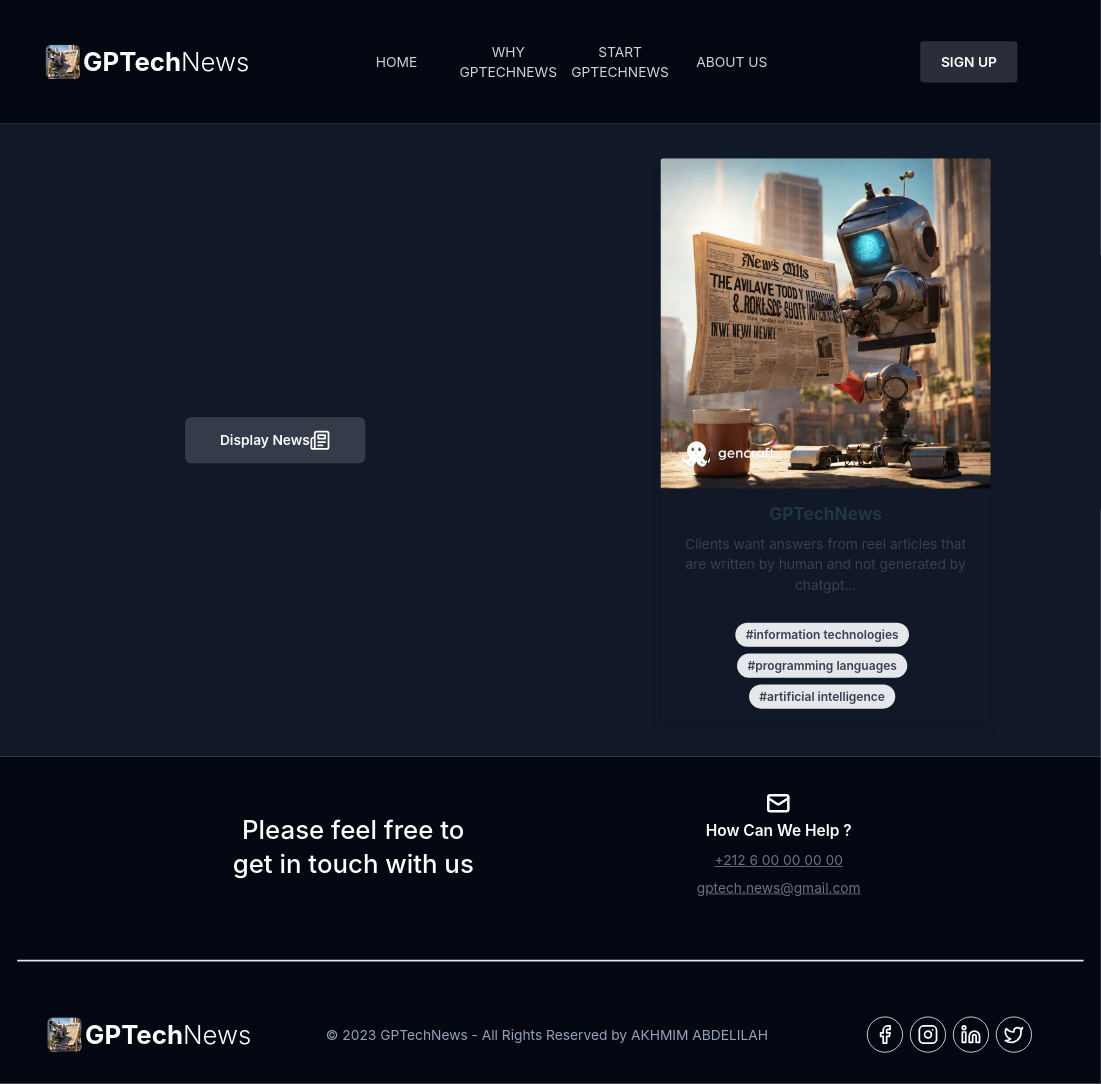
Repository: Lablab-me-Hackathon/gptech-news-frontend
Page: /
These files come from the project's save history. The page is drawn as it stood at one moment and after the next save; the edit follows.
The browser window is 1280 px wide. The pictures show the whole page, at 86% of full size.
The project was rebuilt for these pictures with package versions that can differ from the ones it lists, and the page was loaded fresh each time. Also part of the build but not shown: vite.config.js.

Above is the page before, as saved 2023-08-05 17:40:05.

### index.html
<!doctype html>
<html lang="en">
  <head>
    <meta charset="UTF-8" />
    <link rel="icon" type="image/svg+xml" href="/logo.png" />
    <meta name="viewport" content="width=device-width, initial-scale=1.0" />
    <title>GPTech News</title>
  </head>
  <body>
    <div id="root"></div>
    <script type="module" src="/src/main.jsx"></script>
  </body>
</html>

### src/App.jsx
import './styles/App.css'
import Header from './components/Header'
import Main from './components/Main';
import Footer from './components/Footer';

function App() {

  return (
    <div className='w-full h-full flex-box flex-col'>
     <Header />
      <Main />
      <Footer />
    </div>
  )
}

export default App

### src/styles/index.css
@tailwind base;
@tailwind components;
@tailwind utilities;

* {
  padding: 0;
  margin: 0;
}

@layer components {
  .menu-item {
    @apply p-2 text-stone-300 text-base font-normal cursor-pointer flex-1 border-black rounded hover:text-blue-950 uppercase;
  }
  .flex-box {
    @apply flex items-center justify-center;
  }
}

:root {
  font-family: Inter, system-ui, Avenir, Helvetica, Arial, sans-serif;
  line-height: 1.5;
  font-weight: 400;

  color-scheme: light dark;
  color: rgba(255, 255, 255, 0.87);
  background-color: #242424;

  text-rendering: optimizeLegibility;
  -webkit-font-smoothing: antialiased;
  -moz-osx-font-smoothing: grayscale;
}

a {
  font-weight: 500;
  color: #646cff;
  text-decoration: inherit;
}
a:hover {
  color: #535bf2;
}

body {
  min-width: 320px;
  min-height: 100vh;
}

h1 {
  font-size: 3.2em;
  line-height: 1.1;
}

button {
  border-radius: 8px;
  border: 1px solid transparent;
  padding: 0.6em 1.2em;
  font-size: 1em;
  font-weight: 500;
  font-family: inherit;
  background-color: #1a1a1a;
  cursor: pointer;
  transition: border-color 0.25s;
}
button:hover {
  border-color: #646cff;
}
button:focus,
button:focus-visible {
  outline: 4px auto -webkit-focus-ring-color;
}

@media (prefers-color-scheme: light) {
  :root {
    color: #213547;
    background-color: #ffffff;
  }
  a:hover {
    color: #747bff;
  }
  button {
    background-color: #f9f9f9;
  }
}

### src/styles/App.css
#root {
  /* margin: 0 auto; */
  text-align: center;
}

.logo {
  height: 6em;
  padding: 1.5em;
  will-change: filter;
  transition: filter 300ms;
}
.logo:hover {
  filter: drop-shadow(0 0 2em #646cffaa);
}
.logo.react:hover {
  filter: drop-shadow(0 0 2em #61dafbaa);
}

@keyframes logo-spin {
  from {
    transform: rotate(0deg);
  }
  to {
    transform: rotate(360deg);
  }
}

@media (prefers-reduced-motion: no-preference) {
  a:nth-of-type(2) .logo {
    animation: logo-spin infinite 20s linear;
  }
}

.card {
  padding: 2em;
}

.read-the-docs {
  color: #888;
}

### src/components/Header.jsx
import MenuItems from "../services/header/MenuItems";
import Logo from "../services/header/Logo";
import SignUp from "../services/header/SignUp";

// import "../styles/Header.css";

function Header() {
  return (
    <div className="header flex-box px-2 justify-around flex-col md:flex-row w-full h-full py-5 bg-gray-950 text-center">
      <Logo />
      <MenuItems />
      <SignUp />
    </div>
  );
}

export default Header;

### src/components/Main.jsx
import Button from "../services/main/Button";
import Hello from "../services/main/Hello";
import Cards from "./../services/main/Cards";

function Main() {
  return (
    <div className="text-center w-full py-10 flex-box scroll-smooth bg-gray-900">
      <div className="w-full flex-box">
        <div className="flex-box flex-col">
          <Hello />
          <Button />
        </div>
      </div>

      <div className="w-full flex-box">
        <div className="flex-box flex-col">
          <Cards />
        </div>
      </div>
    </div>
  );
}

export default Main;

### src/components/Footer.jsx

import TopFooter from './../services/footer/TopFooter';
import BotFooter from "../services/footer/BotFooter";

function Footer() {
  return (
    <div className="w-full h-full px-5 py-5 flex-box flex-col bg-gray-950 scroll-smooth text-center">
      <TopFooter />
      <div className="w-full h-px border border-neutral-200"></div>
      <BotFooter />
    </div>
  );
}

export default Footer;

### src/services/header/MenuItems.jsx
function MenuItems() {
  return (
    <div className="flex items-center justify-between py-5 ">
      <div className="menu-item">Home</div>
      <div className="menu-item">Why GPTechNews</div>
      <div className="menu-item">Start GPTechNews</div>
      <div className="menu-item">About us</div>
    </div>
  );
}

export default MenuItems;

### src/services/header/Logo.jsx

function Logo() {
  return (
    <div className="w-48 h-10 flex-box">
      <img className="w-10 h-10 mx-1 rounded-md" src="logo.png" alt='logo' />
      <div className="">
        <span className="text-white text-3xl font-bold">GPTech</span>
        <span className="text-white text-3xl font-light">News</span>
      </div>
    </div>
  )
}

export default Logo

### src/services/header/SignUp.jsx
function SignUp() {
  return (
    <div className="w-40 h-12 justify-center items-center inline-flex cursor-pointer uppercase">
      <div className="px-6 py-3.5 bg-gray-400 bg-opacity-25 rounded justify-start items-start gap-2.5 inline-flex">
        <div className="text-center text-white text-base font-semibold leading-tight">
          Sign up
        </div>
      </div>
    </div>
  );
}

export default SignUp;

### src/services/main/Button.jsx
// import { PropTypes } from "prop-types";

import { Newspaper } from "lucide-react";

const News = () => {
  // let { response } = props;
  const displayNews = async (e) => {
    e.preventDefault();
  };
  return (
    <div className="w-full flex-col md:flex-row py-10 flex-box justify-evenly">

      <button
        type="submit"
        className="px-10 py-3.5 my-4 bg-gray-400 bg-opacity-25  text-center text-white text-base font-semibold leading-tight mx-2 rounded-lg flex-box"
        onClick={displayNews}
      >
        Display News
        <Newspaper />
      </button>

    </div>
  );
}

News.propTypes = {
  // response: PropTypes.string.isRequired,
};
export default News;

### src/services/main/Hello.jsx

function Hello() {
  return (
    <div>
      <h1></h1>
    </div>
  )
}

export default Hello

### src/services/main/Cards.jsx
function Cards() {
  return (
    <div>
      <div className="max-w-sm rounded overflow-hidden shadow-lg">
        <img
          className="w-full"
          src="ainews.jpg"
          alt="Sunset in the mountains"
        />
        <div className="px-6 py-4">
          <div className="font-bold text-xl mb-2">GPTechNews</div>
          <p className="text-gray-700 text-base">
            Clients want answers from reel articles that are written by human and not generated by chatgpt...
          </p>
        </div>
        <div className="px-6 pt-4 pb-2">
          <span className="inline-block bg-gray-200 rounded-full px-3 py-1 text-sm font-semibold text-gray-700 mr-2 mb-2">
            #information technologies
          </span>
          <span className="inline-block bg-gray-200 rounded-full px-3 py-1 text-sm font-semibold text-gray-700 mr-2 mb-2">
            #programming languages
          </span>
          <span className="inline-block bg-gray-200 rounded-full px-3 py-1 text-sm font-semibold text-gray-700 mr-2 mb-2">
            #artificial intelligence
          </span>
        </div>
      </div>
    </div>
  );
}

export default Cards;

### src/services/footer/TopFooter.jsx
import { Mail} from "lucide-react";

function TopFooter() {
  return (
    <div className="top-footer w-full flex-box justify-evenly flex-col md:flex-row pb-12">
      <div className="text-white text-3xl font-medium leading-10 py-5">
        Please feel free to
        <br />
        get in touch with us
      </div>

      <div className="py-5 flex-box flex-col">
        <Mail size={28} strokeWidth={2.5} color="white" />
        <div className="py-1 text-white text-lg font-semibold leading-norma">
          How Can We Help ?
        </div>
        <div className="py-1 w-52 text-gray-500 text-base font-normal underline leading-normal">
          +212 6 00 00 00 00
        </div>

        <div className="py-1 w-52 text-gray-500 text-base font-normal underline leading-normal">
        gptech.news@gmail.com
        </div>
      </div>
    </div>
  );
}

export default TopFooter;

### src/services/footer/BotFooter.jsx
import Logo from "./../header/Logo";
import Copyright from "./Copyright";
import Social from "./Social";

function BotFooter() {
  return (
    <div className="bottom-footer w-full pt-12 flex-box justify-around flex-col md:flex-row flex-end">
      <Logo />
      <Copyright />
      <Social />
    </div>
  );
}

export default BotFooter;

### src/services/footer/Copyright.jsx
function Copyright() {
  return (
    <div className="py-5 text-slate-400 text-base font-normal">
      © 2023 GPTechNews - All Rights Reserved by AKHMIM ABDELILAH
    </div>
  );
}

export default Copyright;

### src/services/footer/Social.jsx
import { Facebook, Instagram, Linkedin, Twitter } from "lucide-react";

function Social() {
  return (
    <div className="py-3">
      <div className="flex-box text-white">
        <div className="border cursor-pointer p-2 m-1 rounded-full ">
          <Facebook size={24} strokeWidth={2} />
        </div>
        <div className="border cursor-pointer p-2 m-1 rounded-full">
          <Instagram size={24} strokeWidth={2} />
        </div>
        <div className="border cursor-pointer p-2 m-1 rounded-full">
          <Linkedin size={24} strokeWidth={2} />
        </div>
        <div className="border cursor-pointer p-2 m-1 rounded-full">
          <Twitter size={24} strokeWidth={2} />
        </div>
      </div>
    </div>
  );
}

export default Social;

Loaded but not shown: src/main.jsx (common file); tailwind.config.js (common file)

After the next save:
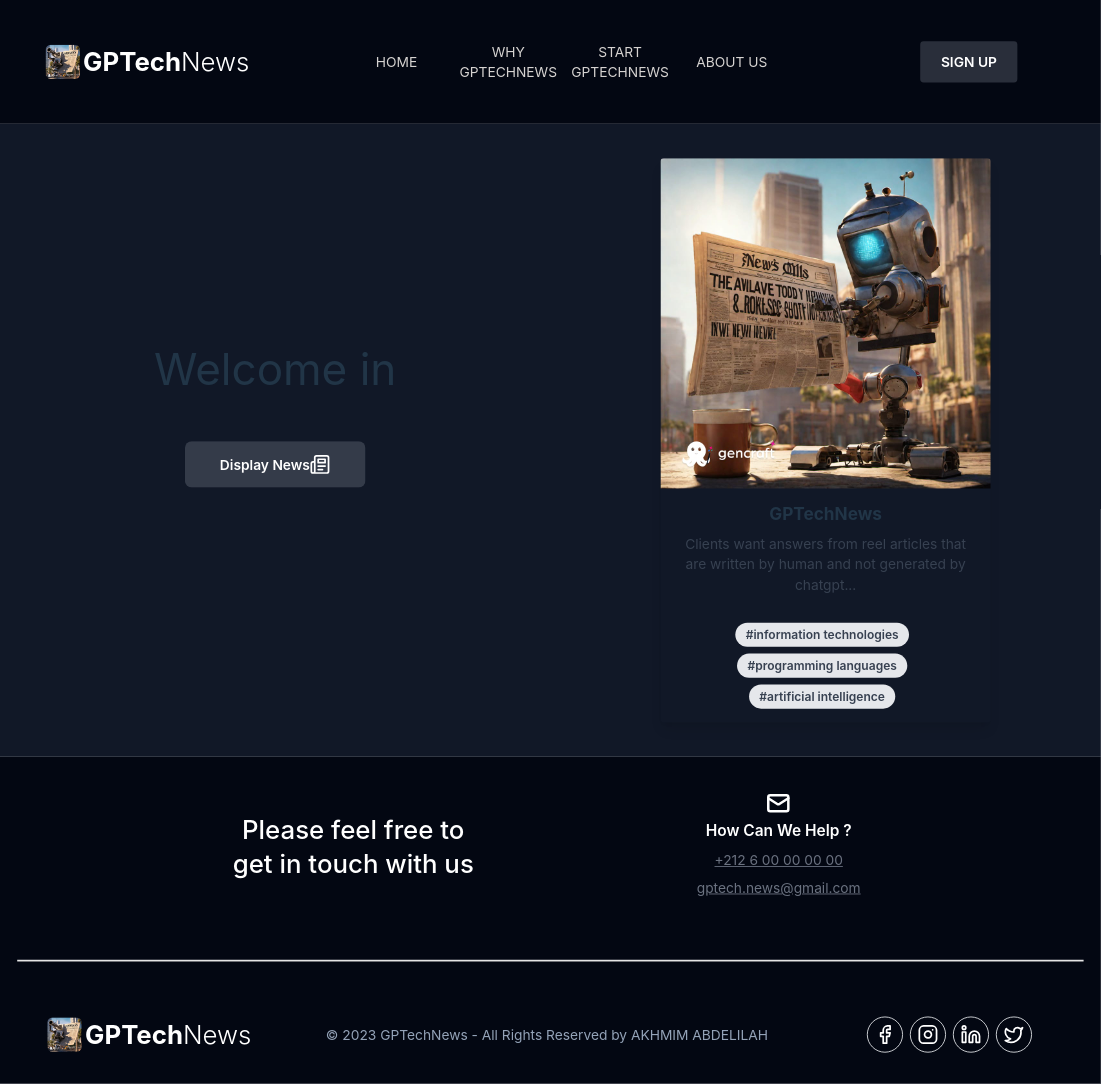
Saved 6 s later.
--- a/src/services/main/Hello.jsx
+++ b/src/services/main/Hello.jsx
@@ -2,7 +2,7 @@
 function Hello() {
   return (
     <div>
-      <h1></h1>
+      <h1>Welcome in </h1>
     </div>
   )
 }
